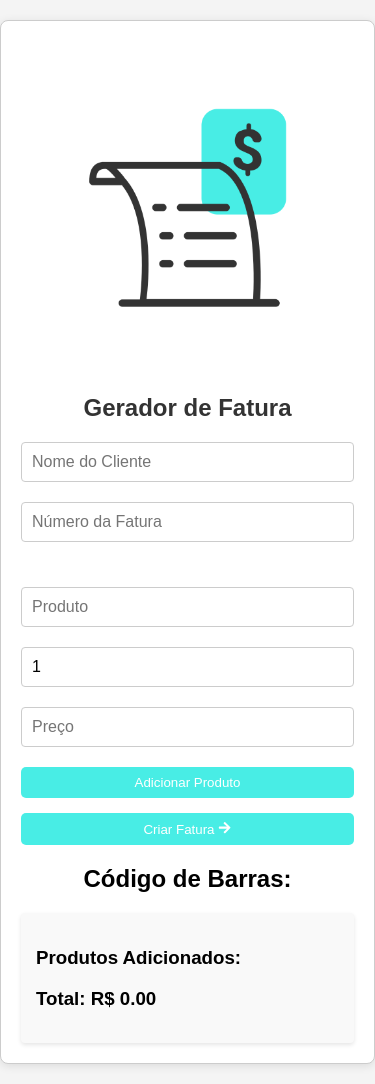
Repository: devthmedu/Invoice-Generator
Page: /
These files come from the project's save history. The page is drawn as it stood at one moment and after the next save; the edit follows.
The browser window is 375 px wide. The pictures show the whole page.
The project was rebuilt for these pictures with package versions that can differ from the ones it lists, and the page was loaded fresh each time. Also part of the build but not shown: vite.config.js, src/Componete/Template.jsx.

Above is the page before, as saved 2024-07-16 22:13:23.

### index.html
<!DOCTYPE html>
<html lang="pt-BR">

<head>
  <meta charset="UTF-8" />
  <meta name="viewport" content="width=device-width, initial-scale=1.0" />
  <meta name="description" content="Gere sua fatura de forma simples e rápida com nosso gerador de faturas em React." />
  <meta name="keywords" content="fatura, gerador de faturas, React, financeiro" />
  <meta name="author" content="Thomas Eduardo" />
  <link rel="stylesheet" href="./src/App.css">
  <link rel="icon" href="./public/logo.png" />
  <title>Gere sua Fatura</title>
</head>


<body>
  <div id="root"></div>
  <script type="module" src="./src/main.jsx"></script>
</body>

</html>

### src/App.css
/* Global Styles */
body {
  font-family: 'Arial', sans-serif;
  background-color: #f4f4f4;
  margin: 0;
  padding: 0;
}

.container {
  max-width: 800px;
  margin: 20px auto;
  padding: 20px;
  background: #ffffff;
  border-radius: 8px;
  box-shadow: 0 4px 8px rgba(0, 0, 0, 0.1);
}

.logo {
  display: block;
  margin: 0 auto 20px;
  max-width: 100%;
  height: auto;
}

.title {
  text-align: center;
  color: #333;
  margin-bottom: 20px;
}

/* Form Styles */
.form {
  display: flex;
  flex-direction: column;
  gap: 15px;
}

.inputs {
  display: flex;
  gap: 10px;
  flex-wrap: wrap; /* Allow wrapping */
}

.input-field {
  flex: 1;
  padding: 10px;
  border: 1px solid #ccc;
  border-radius: 4px;
  font-size: 16px;
  min-width: 200px; /* Minimum width for inputs */
  box-sizing: border-box; /* Include padding and border in width */
}

.submit-button {
  padding: 10px 15px;
  background-color: #48ede5;
  color: #fff;
  border: none;
  border-radius: 5px;
  cursor: pointer;
  transition: background-color 0.3s;
}

.submit-button:hover {
  background-color: #36b8c2;
}

.product-form {
  margin-top: 20px;
  display: flex;
  flex-direction: column;
  gap: 10px;
}

.product-form input {
  padding: 10px;
  border: 1px solid #ccc;
  border-radius: 4px;
  width: 100%; /* Full width for product inputs */
  box-sizing: border-box; /* Include padding and border in width */
}

/* Product List Styles */
.product-list {
  margin-top: 20px;
  padding: 10px;
  background: #f9f9f9;
  border-radius: 4px;
  box-shadow: 0 2px 4px rgba(0, 0, 0, 0.1);
}

.product-list ul {
  list-style-type: none;
  padding: 0;
}

.product-list li {
  padding: 8px 0;
  border-bottom: 1px solid #ddd;
}

.product-list li:last-child {
  border-bottom: none;
}

/* Barcode and PDF Container Styles */
.barcode-container {
  margin-top: 20px;
  text-align: center;
}

.pdf-container {
  padding: 20px;
  background: #ffffff;
  border-radius: 8px;
  box-shadow: 0 4px 8px rgba(0, 0, 0, 0.1);
}

/* Button Styles */
.back-button {
  margin-top: 20px;
  padding: 10px 15px;
  background-color: #ff6b6b;
  color: white;
  border: none;
  border-radius: 5px;
  cursor: pointer;
  transition: background-color 0.3s;
}

.back-button:hover {
  background-color: #e55b5b;
}

/* Media Queries */
@media (max-width: 600px) {
  .inputs {
    flex-direction: column;
  }

  .input-field {
    margin-bottom: 10px;
    width: 100%; /* Full width on small screens */
  }

  .product-list, .pdf-container {
    padding: 15px; /* Less padding for smaller screens */
  }

  .submit-button {
    width: 100%; /* Full width for the button */
  }

  .back-button {
    width: 100%; /* Full width for the back button */
  }
}

@media (max-width: 400px) {
  .submit-button, .back-button {
    padding: 8px; /* Smaller padding on extra small screens */
  }

  .title {
    font-size: 1.5em; /* Adjust font size for smaller screens */
  }
}

### src/main.jsx
import React from 'react';
import ReactDOM from 'react-dom/client';
import App from './App';
import 'react-toastify/dist/ReactToastify.css';
import { ToastContainer } from 'react-toastify';


const root = ReactDOM.createRoot(document.getElementById('root'));


root.render(
  <React.StrictMode>
    <ToastContainer />
    <App />
  </React.StrictMode>,
);

### src/App.jsx
import React, { useState, useEffect } from 'react';
import './App.css';
import TemplatePdf from './Componete/Template';
import Barcode from 'react-barcode';
import { FaArrowRight, FaArrowLeft, FaEdit, FaTrash } from 'react-icons/fa';
import { toast, ToastContainer } from 'react-toastify';
import logo from '/logo.png';

function App() {
  const [numeroDaFatura, setNumeroDaFatura] = useState('');
  const [nomeCliente, setNomeCliente] = useState('');
  const [data, setData] = useState('');
  const [visualizar, setVisualizar] = useState(true);
  const [loading, setLoading] = useState(false);
  const [produtos, setProdutos] = useState([]);
  const [produto, setProduto] = useState('');
  const [quantidade, setQuantidade] = useState(1);
  const [preco, setPreco] = useState('');
  const [editIndex, setEditIndex] = useState(null);

  useEffect(() => {
    const atual = new Date();
    const dataFormatada = `${String(atual.getDate()).padStart(2, '0')}/${String(
      atual.getMonth() + 1,
    ).padStart(2, '0')}/${atual.getFullYear()}`;
    setData(dataFormatada);

    const storedData = JSON.parse(localStorage.getItem('invoiceData'));
    if (storedData) {
      setNumeroDaFatura(storedData.numeroDaFatura);
      setNomeCliente(storedData.nomeCliente);
      setProdutos(storedData.produtos);
    }
  }, []);

  useEffect(() => {
    localStorage.setItem(
      'invoiceData',
      JSON.stringify({ numeroDaFatura, nomeCliente, produtos }),
    );
  }, [numeroDaFatura, nomeCliente, produtos]);

  const validarEntrada = () => {
    if (!numeroDaFatura.match(/^[0-9]+$/)) {
      toast.error('Por favor, insira um número de fatura válido.');
      return false;
    }
    if (!nomeCliente) {
      toast.error('Por favor, insira o nome do cliente.');
      return false;
    }
    return true;
  };

  const criarFatura = () => {
    if (!validarEntrada()) return;

    setLoading(true);
    setTimeout(() => {
      toast.success('Fatura criada com sucesso!');
      setLoading(false);
      setVisualizar(false);
    }, 500);
  };

  const validarEntradaProduto = () => {
    if (!produto) {
      toast.error('Por favor, insira o nome do produto.');
      return false;
    }
    if (quantidade <= 0) {
      toast.error('Quantidade deve ser maior que zero.');
      return false;
    }
    if (preco <= 0) {
      toast.error('Preço deve ser maior que zero.');
      return false;
    }
    return true;
  };

  const adicionarProduto = () => {
    if (validarEntradaProduto()) {
      const newProduto = {
        produto,
        quantidade: Number(quantidade),
        preco: Number(preco),
      };
      if (editIndex !== null) {
        const updatedProdutos = produtos.map((item, index) =>
          index === editIndex ? newProduto : item,
        );
        setProdutos(updatedProdutos);
        setEditIndex(null);
        toast.success('Produto atualizado com sucesso!');
      } else {
        setProdutos((prevProdutos) => [...prevProdutos, newProduto]);
        toast.success('Produto adicionado com sucesso!');
      }
      resetProdutoFields();
    }
  };

  const editarProduto = (index) => {
    const produtoEditado = produtos[index];
    setProduto(produtoEditado.produto);
    setQuantidade(produtoEditado.quantidade);
    setPreco(produtoEditado.preco);
    setEditIndex(index);
  };

  const removerProduto = (index) => {
    setProdutos(produtos.filter((_, i) => i !== index));
    toast.success('Produto removido com sucesso!');
  };

  const resetProdutoFields = () => {
    setProduto('');
    setQuantidade(1);
    setPreco('');
  };

  const totalFatura = produtos.reduce(
    (acc, curr) => acc + curr.quantidade * curr.preco,
    0,
  );

  const voltar = () => {
    setVisualizar(true);
    resetForm();
  };

  const resetForm = () => {
    setNumeroDaFatura('');
    setNomeCliente('');
    setProdutos([]);
    localStorage.removeItem('invoiceData');
  };

  return (
    <>
      <ToastContainer />
      {visualizar ? (
        <div className="container">
          <img src={logo} alt="Logo" className="logo" />
          <h1 className="title">Gerador de Fatura</h1>
          <div className="form">
            <div className="inputs">
              <input
                type="text"
                placeholder="Nome do Cliente"
                value={nomeCliente}
                onChange={(e) => setNomeCliente(e.target.value)}
                disabled={loading}
                className="input-field"
                required
              />
              <input
                type="text"
                placeholder="Número da Fatura"
                value={numeroDaFatura}
                onChange={(e) => setNumeroDaFatura(e.target.value)}
                disabled={loading}
                className="input-field"
                required
              />
            </div>
            <div className="product-form">
              <input
                type="text"
                placeholder="Produto"
                value={produto}
                onChange={(e) => setProduto(e.target.value)}
                className="input-field"
              />
              <input
                type="number"
                placeholder="Quantidade"
                value={quantidade}
                onChange={(e) => setQuantidade(e.target.value)}
                className="input-field"
                min="1"
              />
              <input
                type="number"
                placeholder="Preço"
                value={preco}
                onChange={(e) => setPreco(e.target.value)}
                className="input-field"
                min="0"
              />
              <button onClick={adicionarProduto} className="submit-button">
                {editIndex !== null ? 'Atualizar Produto' : 'Adicionar Produto'}
              </button>
            </div>
            <div className="buttons">
              <button
                onClick={criarFatura}
                disabled={loading}
                className="submit-button"
                title={
                  loading
                    ? 'Aguarde enquanto a fatura é criada'
                    : 'Criar fatura'
                }
              >
                {loading ? 'Criando...' : 'Criar Fatura'} <FaArrowRight />
              </button>
            </div>
          </div>
          <div className="barcode-container">
            <h2>Código de Barras:</h2>
            {numeroDaFatura && <Barcode value={numeroDaFatura} />}
          </div>
          <div className="product-list">
            <h3>Produtos Adicionados:</h3>
            <ul>
              {produtos.map((item, index) => (
                <li key={index}>
                  {item.quantidade} x {item.produto} @ R${' '}
                  {item.preco.toFixed(2)} = R${' '}
                  {(item.quantidade * item.preco).toFixed(2)}
                  <button onClick={() => editarProduto(index)}>
                    <FaEdit />
                  </button>
                  <button onClick={() => removerProduto(index)}>
                    <FaTrash />
                  </button>
                </li>
              ))}
            </ul>
            <h3>Total: R$ {totalFatura.toFixed(2)}</h3>
          </div>
        </div>
      ) : (
        <div className="pdf-container">
          <TemplatePdf
            NumeroDaFatura={numeroDaFatura}
            data={data}
            nomeCliente={nomeCliente}
            produtos={produtos}
            total={totalFatura}
          />
          <button onClick={voltar} className="back-button">
            Voltar <FaArrowLeft />
          </button>
        </div>
      )}
    </>
  );
}

export default App;

### src/Componete/Template.css
/* Template.css */

.container {
  max-width: 800px;
  margin: 20px auto;
  padding: 20px;
  border: 1px solid #ccc;
  border-radius: 8px;
  box-shadow: 0 2px 10px rgba(0, 0, 0, 0.1);
  background-color: #fff; /* Fundo branco */
}

.logo {
  text-align: center;
}

.logo img {
  max-width: 100%;
  height: auto;
}

.title {
  text-align: center;
  color: #333;
  font-size: 2em; /* Tamanho da fonte do título */
  margin-bottom: 20px; /* Espaçamento abaixo do título */
}

.client-info,
.payment-method {
  margin: 15px 0;
}

.table {
  width: 100%;
  border-collapse: collapse;
  margin: 20px 0;
}

.table th,
.table td {
  border: 1px solid #ddd;
  padding: 10px; /* Espaçamento nas células da tabela */
  text-align: left;
}

.table th {
  background-color: #f2f2f2;
}

.text-right {
  text-align: right;
}

.remove-button {
  background-color: transparent;
  border: none;
  color: #e74c3c;
  cursor: pointer;
}

.remove-button:hover {
  text-decoration: underline;
}

.notes {
  margin: 20px 0;
  font-size: 0.9em; /* Fonte menor para notas */
}

.button-group {
  display: flex;
  justify-content: center; /* Centralizar botões */
  flex-wrap: wrap; /* Permitir que os botões se empilhem em telas pequenas */
}

.print-button,
.add-button {
  padding: 10px 15px;
  border: none;
  border-radius: 5px;
  background-color: #48ede5;
  color: white;
  cursor: pointer;
  transition: background-color 0.3s;
  margin: 5px; /* Espaçamento entre os botões */
  flex: 1; /* Permitir que os botões cresçam */
  max-width: 200px; /* Limitar a largura dos botões */
}

.print-button:hover,
.add-button:hover {
  background-color: #39b2c4;
}

.dialog-title {
  display: flex;
  justify-content: space-between;
  align-items: center;
}

.forms {
  display: flex;
  flex-direction: column;
  align-items: center; /* Centralizar formulários */
}

.forms input {
  margin: 10px 0;
  padding: 10px;
  border: 1px solid #ddd;
  border-radius: 5px;
  width: 100%; /* Largura total para inputs */
  box-sizing: border-box; /* Incluir padding e border na largura */
}

.icon-cross {
  cursor: pointer;
  color: #e74c3c;
}

.icon-cross:hover {
  opacity: 0.8;
}

.success-message {
  color: #28a745;
  margin: 10px 0;
  text-align: center;
}

/* Media Queries */
@media (max-width: 600px) {
  .forms {
    align-items: center; /* Centralizar formulários em telas pequenas */
  }

  .button-group {
    flex-direction: column; /* Empilhar botões verticalmente */
  }

  .print-button,
  .add-button {
    max-width: 100%; /* Largura total para botões em telas pequenas */
  }

  .title {
    font-size: 1.5em; /* Tamanho da fonte do título em telas pequenas */
  }
}
.pdf-container {
  max-width: 800px;
  margin: 20px auto;
  padding: 20px;
  border: 1px solid #ccc;
  border-radius: 8px;
  box-shadow: 0 2px 10px rgba(0, 0, 0, 0.1);
  background-color: #f9f9f9; /* Fundo levemente diferente para destacar */
  text-align: center; /* Centraliza o conteúdo */
}

.pdf-container h2 {
  color: #333;
  margin-bottom: 20px; /* Espaçamento abaixo do título */
}

.pdf-container button {
  padding: 10px 15px;
  border: none;
  border-radius: 5px;
  background-color: #48ede5;
  color: white;
  cursor: pointer;
  transition: background-color 0.3s;
  margin-top: 20px; /* Espaçamento acima do botão */
}

.pdf-container button:hover {
  background-color: #39b2c4; /* Cor ao passar o mouse */
}

After the next save:
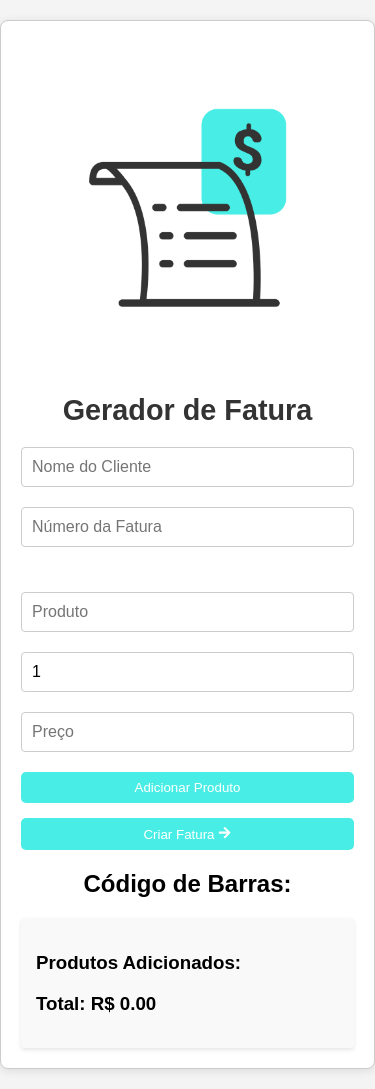
Saved 87 s later.
--- a/src/Componete/Template.css
+++ b/src/Componete/Template.css
@@ -12,6 +12,7 @@
 
 .logo {
   text-align: center;
+  margin-bottom: 20px;
 }
 
 .logo img {
@@ -22,13 +23,14 @@
 .title {
   text-align: center;
   color: #333;
-  font-size: 2em; /* Tamanho da fonte do título */
+  font-size: 2.5em; /* Tamanho da fonte do título */
   margin-bottom: 20px; /* Espaçamento abaixo do título */
 }
 
 .client-info,
 .payment-method {
   margin: 15px 0;
+  font-size: 1.1em; /* Tamanho da fonte levemente aumentado */
 }
 
 .table {
@@ -40,12 +42,13 @@
 .table th,
 .table td {
   border: 1px solid #ddd;
-  padding: 10px; /* Espaçamento nas células da tabela */
+  padding: 12px; /* Espaçamento nas células da tabela */
   text-align: left;
 }
 
 .table th {
   background-color: #f2f2f2;
+  font-weight: bold; /* Destaca os cabeçalhos */
 }
 
 .text-right {
@@ -90,7 +93,7 @@
 
 .print-button:hover,
 .add-button:hover {
-  background-color: #39b2c4;
+  background-color: #39b2c4; /* Cor ao passar o mouse */
 }
 
 .dialog-title {
@@ -129,6 +132,38 @@
   text-align: center;
 }
 
+.pdf-container {
+  max-width: 800px;
+  margin: 20px auto;
+  padding: 20px;
+  border: 1px solid #ccc;
+  border-radius: 8px;
+  box-shadow: 0 2px 10px rgba(0, 0, 0, 0.1);
+  background-color: #f9f9f9; /* Fundo levemente diferente para destacar */
+  text-align: center; /* Centraliza o conteúdo */
+}
+
+.pdf-container h2 {
+  color: #333;
+  margin-bottom: 20px; /* Espaçamento abaixo do título */
+  font-size: 2em; /* Tamanho do título da fatura */
+}
+
+.pdf-container button {
+  padding: 10px 15px;
+  border: none;
+  border-radius: 5px;
+  background-color: #48ede5;
+  color: white;
+  cursor: pointer;
+  transition: background-color 0.3s;
+  margin-top: 20px; /* Espaçamento acima do botão */
+}
+
+.pdf-container button:hover {
+  background-color: #39b2c4; /* Cor ao passar o mouse */
+}
+
 /* Media Queries */
 @media (max-width: 600px) {
   .forms {
@@ -145,36 +180,6 @@
   }
 
   .title {
-    font-size: 1.5em; /* Tamanho da fonte do título em telas pequenas */
+    font-size: 1.8em; /* Tamanho da fonte do título em telas pequenas */
   }
 }
-.pdf-container {
-  max-width: 800px;
-  margin: 20px auto;
-  padding: 20px;
-  border: 1px solid #ccc;
-  border-radius: 8px;
-  box-shadow: 0 2px 10px rgba(0, 0, 0, 0.1);
-  background-color: #f9f9f9; /* Fundo levemente diferente para destacar */
-  text-align: center; /* Centraliza o conteúdo */
-}
-
-.pdf-container h2 {
-  color: #333;
-  margin-bottom: 20px; /* Espaçamento abaixo do título */
-}
-
-.pdf-container button {
-  padding: 10px 15px;
-  border: none;
-  border-radius: 5px;
-  background-color: #48ede5;
-  color: white;
-  cursor: pointer;
-  transition: background-color 0.3s;
-  margin-top: 20px; /* Espaçamento acima do botão */
-}
-
-.pdf-container button:hover {
-  background-color: #39b2c4; /* Cor ao passar o mouse */
-}
